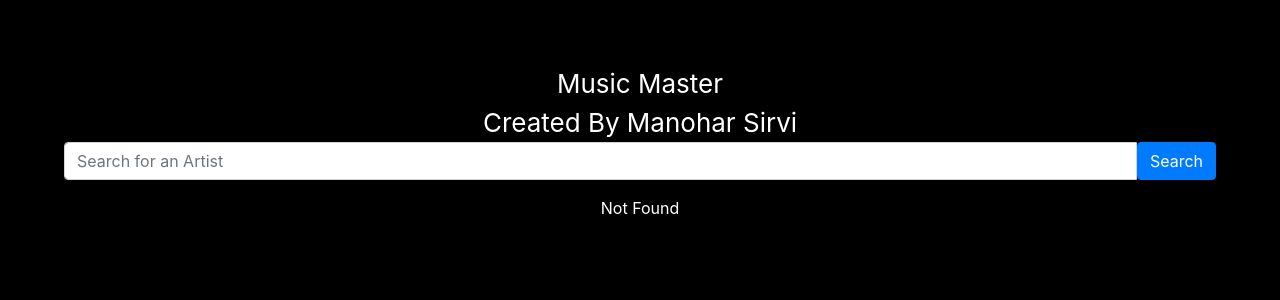
Repository: the-manohar/music
Page: /
An editor plug-in stored every save of this project. The page is shown before and after the next save, followed by the edit.
The browser window is 1280 px wide. The pictures show the whole page.
The project was rebuilt for these pictures with package versions that can differ from the ones it lists, and the page was loaded fresh each time. Also part of the build but not shown: src/Profile.js, src/Gallery.js.

Above is the page before, as saved 2020-07-19 16:41:49.

### public/index.html
<!DOCTYPE html>
<html lang="en">
  <head>
    <meta charset="utf-8" />
    <link rel="icon" href="%PUBLIC_URL%/favicon.ico" />
    <meta name="viewport" content="width=device-width, initial-scale=1" />
    <meta name="theme-color" content="#000000" />
    <meta
      name="description"
      content="Web site created using create-react-app"
    />
    <link rel="apple-touch-icon" href="%PUBLIC_URL%/logo192.png" />
    <link
      rel="stylesheet"
      href="https://maxcdn.bootstrapcdn.com/bootstrap/4.5.0/css/bootstrap.min.css"
      integrity="sha384-9aIt2nRpC12Uk9gS9baDl411NQApFmC26EwAOH8WgZl5MYYxFfc+NcPb1dKGj7Sk"
      crossorigin="anonymous"
    />
    <!--
      manifest.json provides metadata used when your web app is installed on a
      user's mobile device or desktop. See https://developers.google.com/web/fundamentals/web-app-manifest/
    -->
    <link rel="manifest" href="%PUBLIC_URL%/manifest.json" />
    <!--
      Notice the use of %PUBLIC_URL% in the tags above.
      It will be replaced with the URL of the `public` folder during the build.
      Only files inside the `public` folder can be referenced from the HTML.

      Unlike "/favicon.ico" or "favicon.ico", "%PUBLIC_URL%/favicon.ico" will
      work correctly both with client-side routing and a non-root public URL.
      Learn how to configure a non-root public URL by running `npm run build`.
    -->
    <title>MLeo Music</title>
  </head>
  <body>
    <noscript>You need to enable JavaScript to run this app.</noscript>
    <div id="root"></div>
    <!--
      This HTML file is a template.
      If you open it directly in the browser, you will see an empty page.

      You can add webfonts, meta tags, or analytics to this file.
      The build step will place the bundled scripts into the <body> tag.

      To begin the development, run `npm start` or `yarn start`.
      To create a production bundle, use `npm run build` or `yarn build`.
    -->
  </body>
</html>

### src/App.js
import React, { Component } from "react";
import "./App.css";
import { FormGroup, FormControl, InputGroup, Button } from "react-bootstrap";
import Profile from "./Profile";
import Gallery from "./Gallery";
class App extends Component {
  constructor(props) {
    super(props);

    this.state = {
      query: "",
      artist: null,
      tracks: [],
    };
  }

  search() {
    console.log(this.state);
    const BASE_URL = `https://api.spotify.com/v1/search?`;
    let FETCH_URL = `${BASE_URL}q=${this.state.query}&type=artist&limit=1`;
    const ALBUM_URL = `https://api.spotify.com/v1/artists/`;
    const token =
      "BQAiuR-T48RRj7W-JK09GAgxip7MHQVzHwhOhNUyXGGEXk8O4Apf0DH_OBsJeKyyEQk3q8MyOeX9HrsgtGU";
    fetch(FETCH_URL, {
      method: "GET",
      headers: { Authorization: "Bearer " + token },
    })
      .then((res) => res.json())
      .then((json) => {
        console.log(json);
        const artist = json.artists.items[0];
        this.setState({ artist });

        FETCH_URL = `${ALBUM_URL}${artist.id}/top-tracks?country=US&`;
        fetch(FETCH_URL, {
          method: "GET",
          headers: { Authorization: "Bearer " + token },
        })
          .then((res) => res.json())
          .then((json) => {
            console.log(json);
            const tracks = json.tracks;
            this.setState({ tracks });
          });
      });
  }

  render() {
    return (
      <div className="App">
        <div className="App-title">Music Master</div>
        <div className="App-title">Created By Manohar Sirvi</div>

        <FormGroup>
          <InputGroup>
            <FormControl
              type="text"
              placeholder="Search for an Artist"
              value={this.state.query}
              onChange={(e) => this.setState({ query: e.target.value })}
              onKeyPress={(event) => {
                if (event.key === "Enter") {
                  this.search();
                }
              }}
            />
            {/* <InputGroup.Addon>Search</InputGroup.Addon> */}
            <Button onClick={() => this.search()}>Search</Button>
          </InputGroup>
        </FormGroup>
        {this.state.artist ? (
          <div>
            {this.state.artist !== null ? (
              <div>
                <Profile artist={this.state.artist} />
                <Gallery tracks={this.state.tracks} />
              </div>
            ) : (
              <div> </div>
            )}
          </div>
        ) : (
          <div>Not Found</div>
        )}
      </div>
    );
  }
}

export default App;

### src/App.css
body {
  background: #000;
  color: #fff;
}
.App {
  text-align: center;
  padding: 5%;
}

.App-title {
  font-size: 26px;
}

.profile {
  display: flex;
  justify-content: center;
}

.profile-info {
  margin-left: 10px;
  text-align: left;
  display: flex;
  flex-direction: column;
  justify-content: center;
}
.profile-img {
  width: 150px;
  height: 150px;
  border: 3px solid #fff;
  border-radius: 75px;
  object-fit: cover;
}
.profile-name {
  font-size: 26px;
}

.profile-followers,
.profile-genres {
  font-size: 18px;
}

.track {
  display: inline-block;
  width: 220px;
  height: 220px;
  margin: 10px;
  text-align: left;
  cursor: pointer;
  position: relative;
}
.track-img {
  width: 220px;
  height: 220px;
  border: 3px solid #fff;
  border-radius: 3px;
  object-fit: cover;
  position: absolute;
}

.track-text {
  background-color: #000;
  color: white;
  opacity: 0.75;
  width: 214px;
  margin-left: 3px;
  text-align: center;
  position: absolute;
  bottom: 0;
  padding: 10px;
}
.track-play {
  position: absolute;
  width: 220px;
  height: 220px;
}
.track-play-inner {
  position: absolute;
  text-align: center;
  font-size: 25px;
  background-color: #000;
  border-radius: 30px;
  width: 60px;
  height: 60px;
  color: #fff;
  padding-top: 13px;
  margin-left: 80px;
  margin-top: 80px;
  opacity: 0;
}

.track-play-inner:hover {
  opacity: 0.8;
  animation-name: fade-in;
  animation-duration: 0.5s;
}
@keyframes fade-in {
  from {
    opacity: 0;
  }
  to {
    opacity: 0.8;
  }
}

Loaded but not shown: src/index.js (common file)

After the next save:
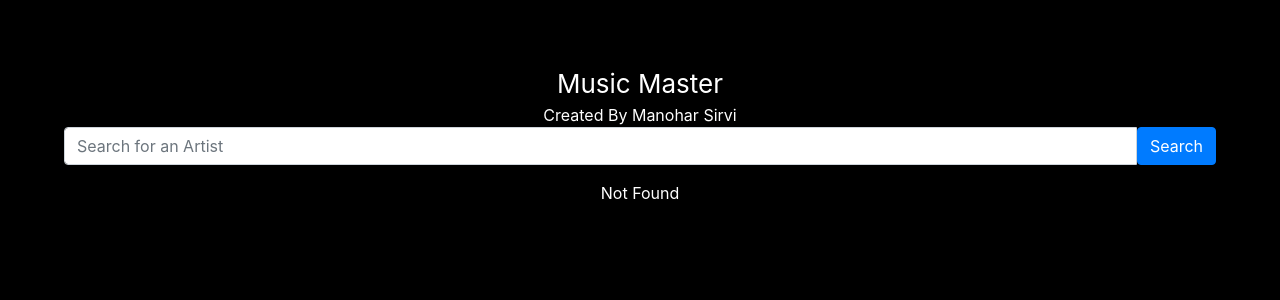
Saved 45 s later.
--- a/src/App.js
+++ b/src/App.js
@@ -49,7 +49,7 @@ class App extends Component {
     return (
       <div className="App">
         <div className="App-title">Music Master</div>
-        <div className="App-title">Created By Manohar Sirvi</div>
+        <div className="App-name">Created By Manohar Sirvi</div>
 
         <FormGroup>
           <InputGroup>
